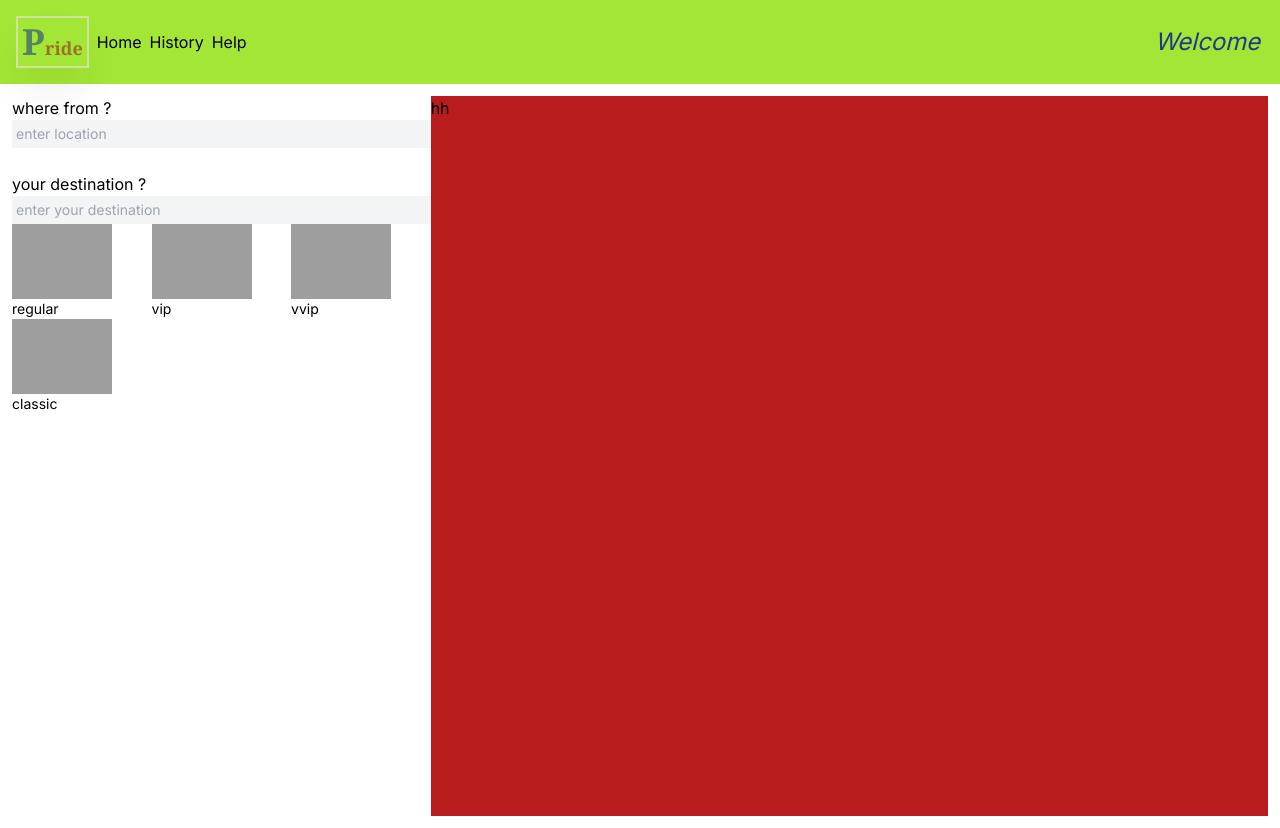
Repository: Semanmernstack/uber-mapbox
Page: /
The author's editor kept a copy of each file at every save. The page is drawn from the files as they stood at one save, then again after the next save.
The browser window is 1280 px wide. The pictures show the whole page.
Pictures or frames that could not be fetched are drawn as grey boxes. The page's requests for data from a server got no answer. The project was rebuilt for these pictures with package versions that can differ from the ones it lists, and the page was loaded fresh each time. Some packages were replaced by stand-ins written for this rebuild. The framework's server and built-in components were replaced by stand-ins that run in the browser. No one was signed in, and anything a server would have sent is missing. Also part of the build but not shown: next.config.js.

Above is the page before, as saved 2023-08-16 07:12:48.

### app/layout.tsx
import './globals.css'
import type { Metadata } from 'next'
import { Inter } from 'next/font/google'
import Nav from './components/Nav'
import { ClerkProvider } from '@clerk/nextjs'

const inter = Inter({ subsets: ['latin'] })

export const metadata: Metadata = {
  title: 'Create Next App',
  description: 'Generated by create next app',
}

export default function RootLayout({
  children,
}: {
  children: React.ReactNode
}) {
  return (
    <ClerkProvider>
      <html lang="en">
        <body className={inter.className}> <Nav/>  {children}</body>
      </html>
    </ClerkProvider>
  )
}

### app/page.tsx
import Image from 'next/image'
import Booking from './components/Booking'
import Mapp from './components/Mapp'
import Cars from './components/Cars'

export default function Home() {
  return (
    <main className="p-3 gap  ">
      <div className="grid grid-cols-1 md:grid-cols-3   ">
        <div className=" h-[80%]">
          <Booking/>
          <Cars/>

        </div>
        <div className=" bg-red-700 col-span-2 h-screen">
          <Mapp/>
        </div>
      </div>
    </main>
  )
}

### app/components/Nav.tsx
import { UserButton, currentUser } from '@clerk/nextjs'
import React from 'react'

async function Nav() {
    const user = await currentUser()
  return (
    <div className="flex items-center justify-between p-4 bg-lime-400">
        <div className="flex items-center gap-2">

            <h1 className="font-extrabold shadow-2xl border-gray-200 border-2 p-1 font-serif text-2xl md:text-3xl lg:text-4xl animate-pulse text-blue-900">P<span className="text-lg animate-none font-bold text-red-800">ride</span></h1>
            <h2>Home</h2>
            <h2>History</h2>
            <h2>Help</h2>

        </div>
        <div className="flex gap-1 items-center">
            <h1 className="text-2xl text-blue-900 italic">Welcome</h1>
            <h1 className='hidden md:inline-flex'>{user?.firstName}</h1>
            <UserButton/>
        </div>
    </div>
  )
}

export default Nav

### app/components/Booking.tsx
import React from 'react'
import BookingInput from './BookingInput'

function Booking() {
  return (
    <div className="">
        <BookingInput/>

    </div>
  )
}

export default Booking

### app/components/Mapp.tsx
"use client"


import React from 'react'
import Map from 'react-map-gl';
function Mapp() {
  return (
    <div>
      <h1>hh</h1>



    </div>
  )
}

export default Mapp

### app/components/Cars.tsx
import React from 'react'
import CarsLi from './CarsLi'
import Image from 'next/image'

function Cars() {
    const data = [
        {
          id: 1,

          value: "regular",
          pics: "https://cdn.pixabay.com/photo/2016/04/01/12/16/car-1300629_1280.png",
        },

        {
          id: 2,

          value: "vip",
          pics: "https://cdn.pixabay.com/photo/2017/03/27/14/56/auto-2179220_640.jpg",
        },

        {
          id: 3,

          value: "vvip",
          pics: "https://cdn.pixabay.com/photo/2014/09/07/22/34/car-race-438467_640.jpg",
        },

        {
          id: 4,
          value: "classic",
          pics: "https://cdn.pixabay.com/photo/2013/07/13/11/44/car-158548_640.png",
        },
      ]

  return (
    <div className="grid grid-cols-2 md:grid-cols-3 ">
        {data?.map((d, index) => (
            <div key={index}>
                <Image
                    src={d.pics}
                    alt="pic"
                    height={100}
                    width={100}
                    className="object-contain "
                />
                <h2 className='text-sm'>{d.value}</h2>





            </div>


        ))}

    </div>
  )
}

export default Cars

### app/components/BookingInput.tsx
"use client"

import React, { useEffect, useState } from 'react'

function BookingInput() {
    const [where, setWhere] = useState<any>()
    const [to, setTo] = useState<any>()
    const [lists, setLists] = useState<any>([])

    useEffect(() => {
        getAdress()

    }, [where, to])

    const getAdress = async () => {
        setLists([])
        const res = await fetch('api/search-map?q='+where, {
            headers:{
                "Content-Type": "application/json",
            }

        })
        const re = await res.json()
        setLists(re)

    }
  return (
    <div className="flex flex-col gap-6 relative">
        <div>
            <label> where from ?</label>
            <input type="text" placeholder='enter location'
                value={where}
                onChange={(e) => setWhere(e.target.value)}
                className="border-1 w-full text-sm outline-none bg-gray-100 focus:border-gray-700 p-1"
            />
            {lists?.suggestions?
                <div >
                    {lists?.suggestions.map((item:any, index:number) => (
                        <h2 className='text-sm cursor-pointer gap-1 shadow-2xl' onClick={() =>{ setWhere(item.full_address), setLists([])}}
                         >{item.full_address}</h2>
                    ))}
                </div> : null

            }


        </div>

        <div>
            <label> your destination ?</label>

            <input type="text" placeholder='enter your destination'
                value={to}
                onChange={(e) => setTo(e.target.value)}
                className="border-1 w-full text-sm outline-none bg-gray-100 focus:border-gray-700 p-1"
            />
            {lists?.suggestions?
                <div >
                    {lists?.suggestions.map((item:any, index:number) => (
                        <h2 className='text-sm cursor-pointer shadow-2xl' onClick={() =>{ setTo(item.full_address), setLists([])}}
                         >{item.full_address}</h2>
                    ))}
                </div> : null

            }

        </div>
    </div>
  )
}

export default BookingInput

Loaded but not shown: app/globals.css (common file); tailwind.config.ts (common file)

After the next save:
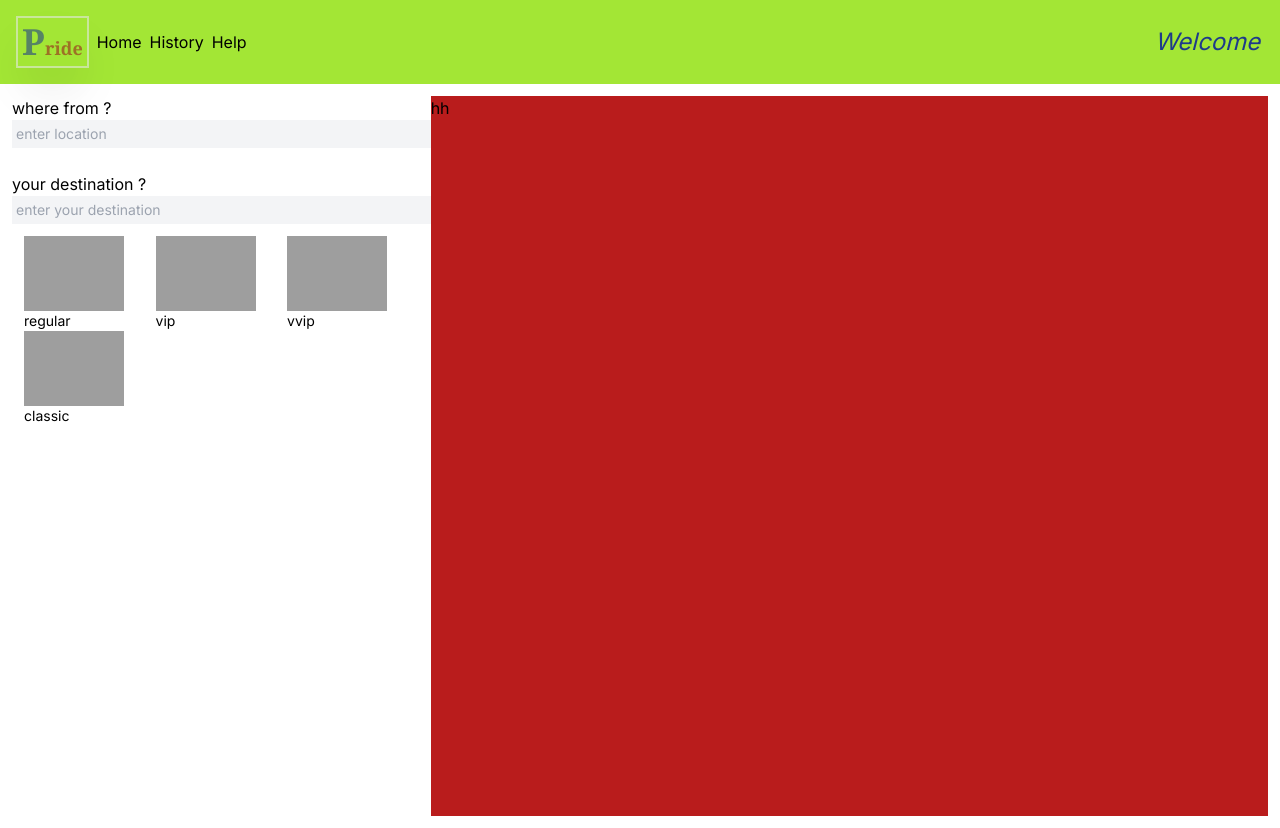
Saved 9 s later.
--- a/app/components/Cars.tsx
+++ b/app/components/Cars.tsx
@@ -33,7 +33,7 @@
       ]
 
   return (
-    <div className="grid grid-cols-2 md:grid-cols-3 ">
+    <div className="grid grid-cols-2 md:grid-cols-3 p-3">
         {data?.map((d, index) => (
             <div key={index}>
                 <Image
